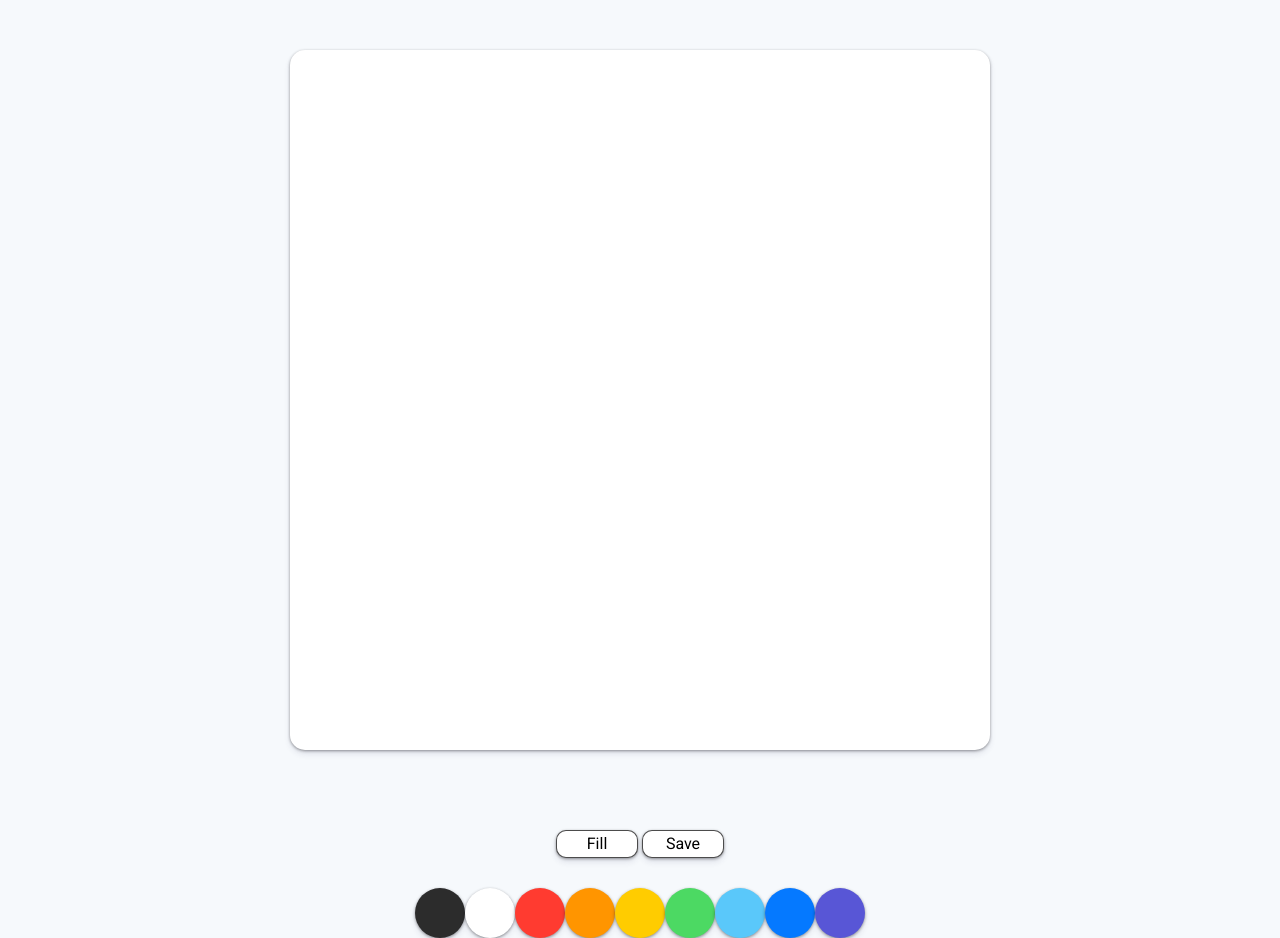
Repository: haleyjung/paintjs
Page: index.html
These files come from the project's save history. The page is drawn as it stood at one moment and after the next save; the edit follows.
The browser window is 1280 px wide. The pictures show the whole page.

Above is the page before, as saved 2020-11-24 22:57:31.

### index.html
<!DOCTYPE html>
<html lang="en">
<head>
    <meta charset="UTF-8">
    <meta name="viewport" content="width=device-width, initial-scale=1.0">
    <link rel="stylesheet" href="style.css" />
    <title>PaintJS</title>
</head>
<body>

    <canvas id="jsCanvas" class="canvas"></canvas>

    <div class="controls">

        <!-- Buttons -->
        <div class="controls__btns">
            <button id="jsMode">Fill</button>
            <button id="jsSave">Save</button>
        </div>

        <!-- Paint -->
        <div class="controls__colors" id="jsColors">
            <div class="controls__color" style="background-color:#2c2c2c"></div>
            <div class="controls__color" style="background-color:white"></div>
            <div class="controls__color" style="background-color:#ff3b30"></div>
            <div class="controls__color" style="background-color:#ff9500"></div>
            <div class="controls__color" style="background-color:#ffcc00"></div>
            <div class="controls__color" style="background-color:#4cd963"></div>
            <div class="controls__color" style="background-color:#5ac8fa"></div>
            <div class="controls__color" style="background-color:#0579ff"></div>
            <div class="controls__color" style="background-color:#5856d6"></div>
        </div>

    </div>

    <script src="app.js"></script>
</body>
</html>

### style.css
@import "reset.css";
@import url("https://fonts.googleapis.com/css2?family=Roboto:wght@300;400;500;700&display=swap");

body {
  background-color: #f6f9fc;
  font-family: "Roboto", sans-serif;
  display: flex;
  flex-direction: column;
  align-items: center;
  padding-top: 50px;
}

.canvas {
  width: 700px;
  height: 700px;
  background-color: white;
  border-radius: 15px;
  box-shadow: 0 4px 6px rgba(50, 50, 93, 0.11), 0 1px 3px rgba(0, 0, 0, 0.4);
}

.controls {
  margin-top: 80px;
  display: flex;
  flex-direction: column;
  align-items: center;
}

.controls .controls__btns {
  margin-bottom: 30px;
}

.controls__btns button {
  all: unset;
  cursor: pointer;
  background-color: white;
  padding: 5px 0px;
  width: 80px;
  text-align: center;
  border-radius: 10px;
  border: 1px solid rgba(0, 0, 0, 0.7);
  box-shadow: 0 4px 6px rgba(50, 50, 93, 0.11), 0 1px 3px rgba(0, 0, 0, 0.4);
}

.controls .controls__colors {
  display: flex;
}

.controls__colors .controls__color {
  width: 50px;
  height: 50px;
  border-radius: 50%;
  cursor: pointer;
  box-shadow: 0 4px 6px rgba(50, 50, 93, 0.11), 0 1px 3px rgba(0, 0, 0, 0.4);
}

Loaded but not shown: reset.css (common file); app.js (no copy from this time; the picture is the same without it)

After the next save:
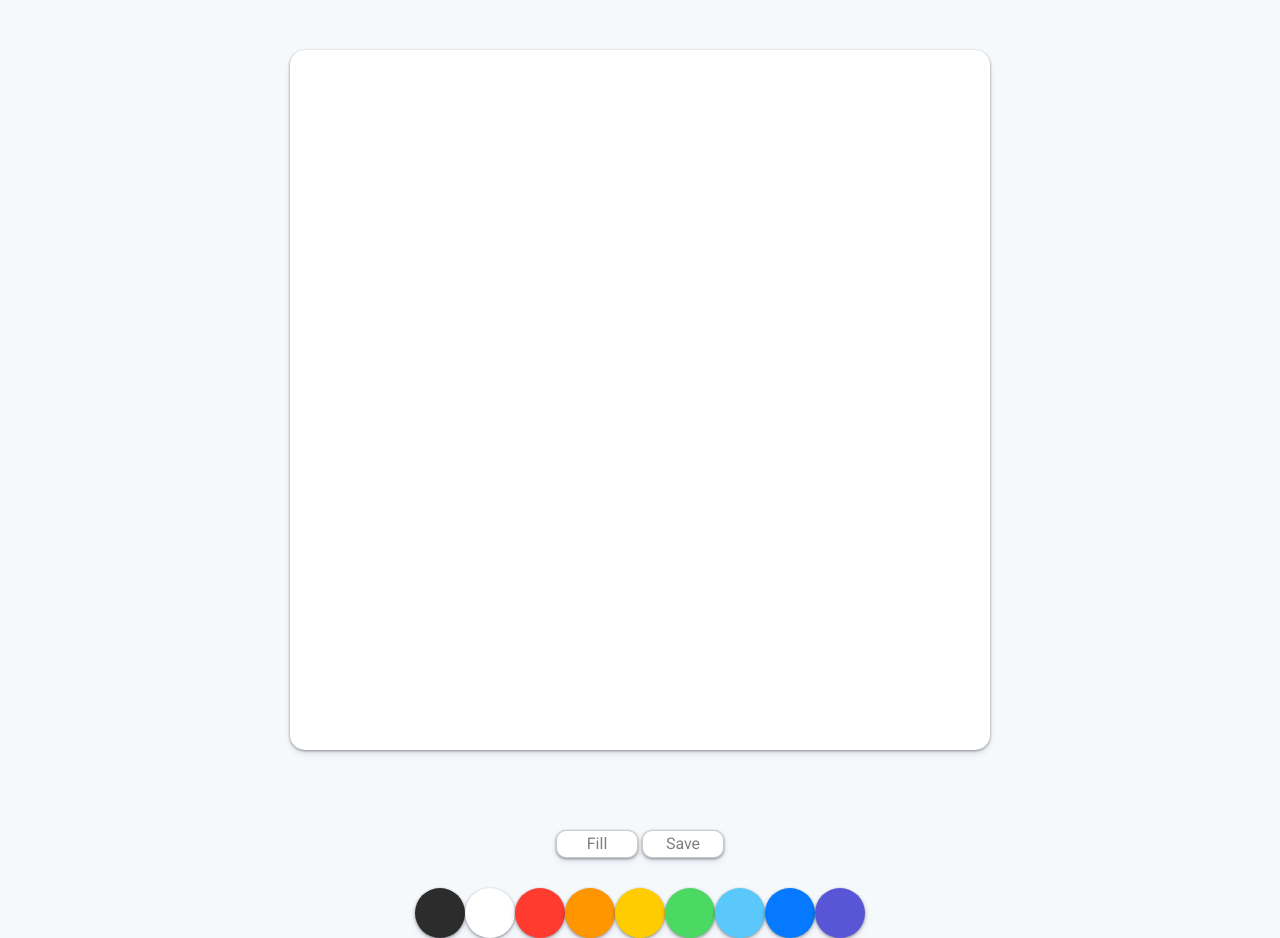
Saved 29 s later.
--- a/style.css
+++ b/style.css
@@ -37,7 +37,8 @@ body {
   width: 80px;
   text-align: center;
   border-radius: 10px;
-  border: 1px solid rgba(0, 0, 0, 0.7);
+  border: 1px solid rgba(0, 0, 0, 0.2);
+  color: rgba(0, 0, 0, 0.5);
   box-shadow: 0 4px 6px rgba(50, 50, 93, 0.11), 0 1px 3px rgba(0, 0, 0, 0.4);
 }
 
